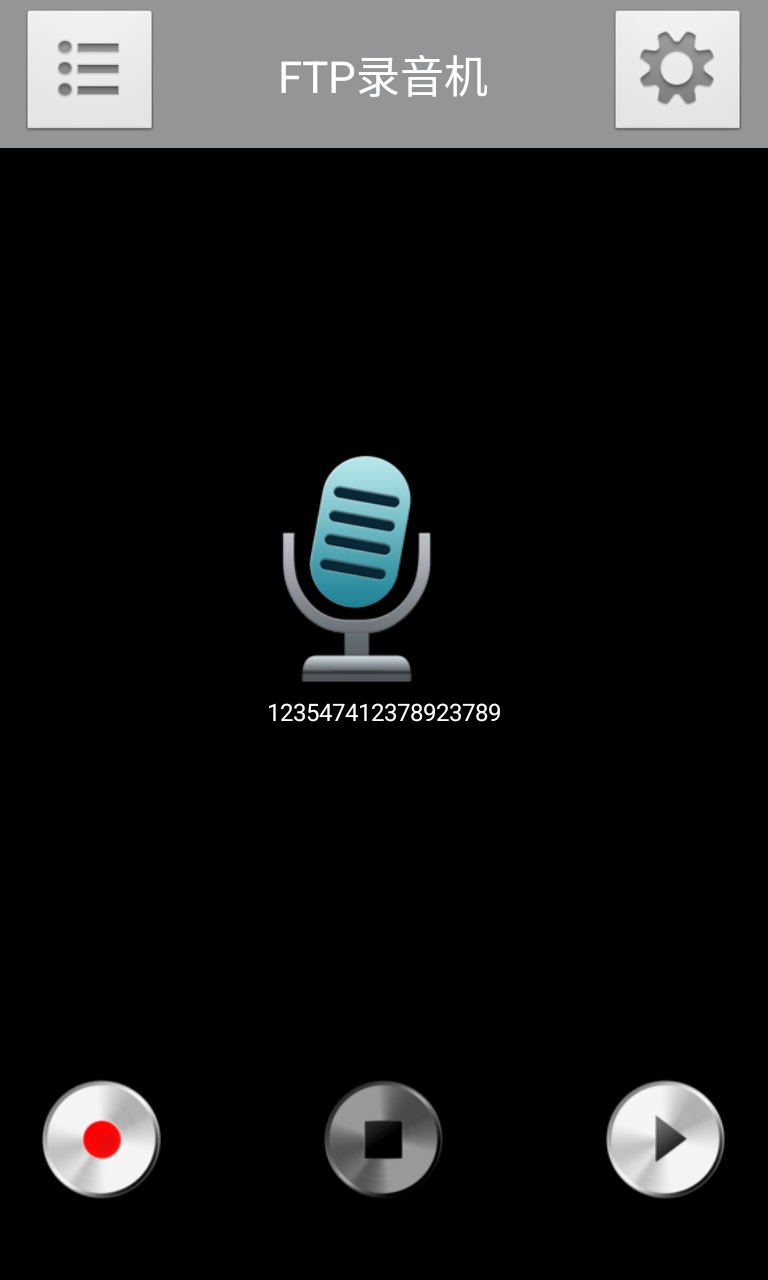
Repository: stone-jin/WAVRecoder
Layout: WAVRecoder2/res/layout/main.xml
The author's editor kept a copy of each file at every save. The layout is drawn from the files as they stood at one save, then again after a run of saves.
It is drawn on a 768 x 1280 px phone screen (xhdpi) without system bars, with theme Anim_style2; the app's code is not run.

Above is the layout before, as saved 2014-05-07 03:31:22.

After the next 2 saves:
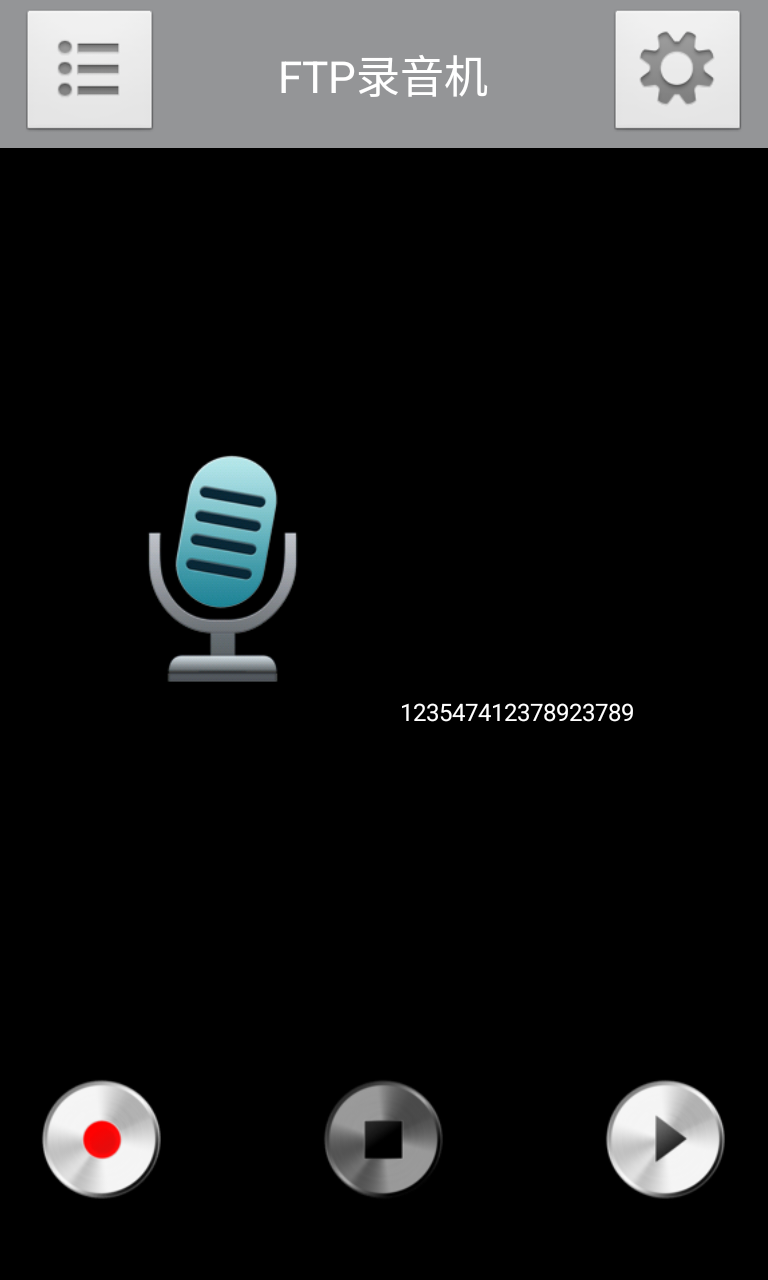
The 2 saves are shown as one change because they came seconds apart.
The last was saved 18 s later.
--- a/WAVRecoder2/res/layout/main.xml
+++ b/WAVRecoder2/res/layout/main.xml
@@ -27,6 +27,7 @@
 	        android:textSize="12sp"
 	        android:textColor="#ffffff"
 	        android:layout_below="@id/main_imageview"
+	        android:layout_centerHorizontal="true"
 	        />
 
     </RelativeLayout>

After the save that followed:
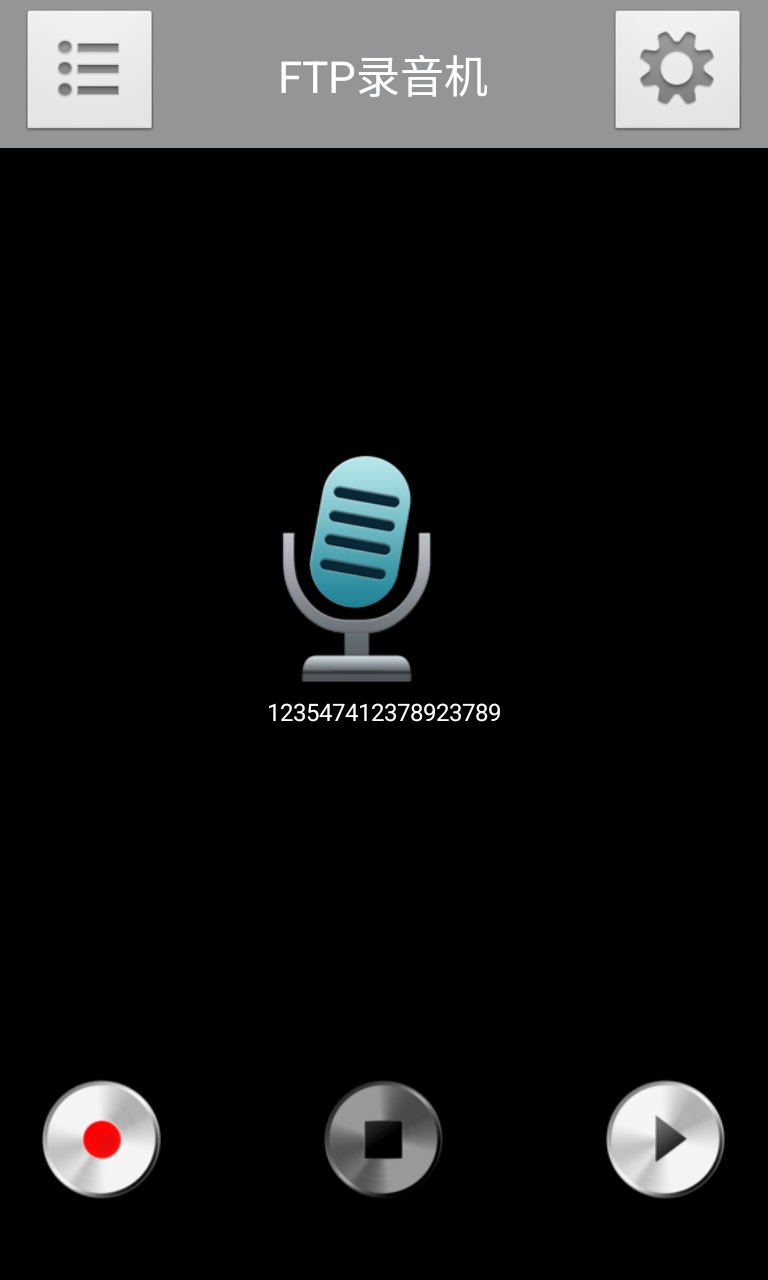
Saved 20 s later.
--- a/WAVRecoder2/res/layout/main.xml
+++ b/WAVRecoder2/res/layout/main.xml
@@ -27,7 +27,6 @@
 	        android:textSize="12sp"
 	        android:textColor="#ffffff"
 	        android:layout_below="@id/main_imageview"
-	        android:layout_centerHorizontal="true"
 	        />
 
     </RelativeLayout>
